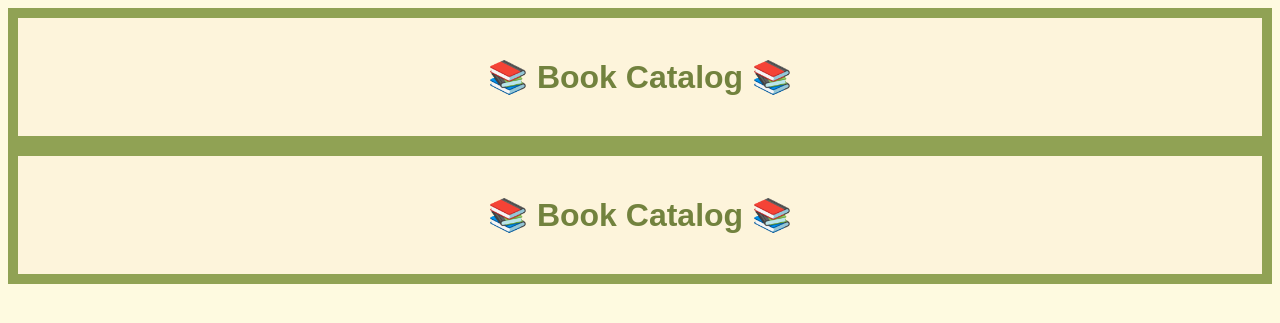
Repository: kaitlynlew/Book-Catalog
Page: /
These files come from the project's save history. The page is drawn as it stood at one moment and after the next save; the edit follows.
The browser window is 1280 px wide. The pictures show the whole page.
The project was rebuilt for these pictures with package versions that can differ from the ones it lists, and the page was loaded fresh each time. Also part of the build but not shown: vite.config.js.

Above is the page before, as saved 2025-09-14 00:23:07.

After the next save:
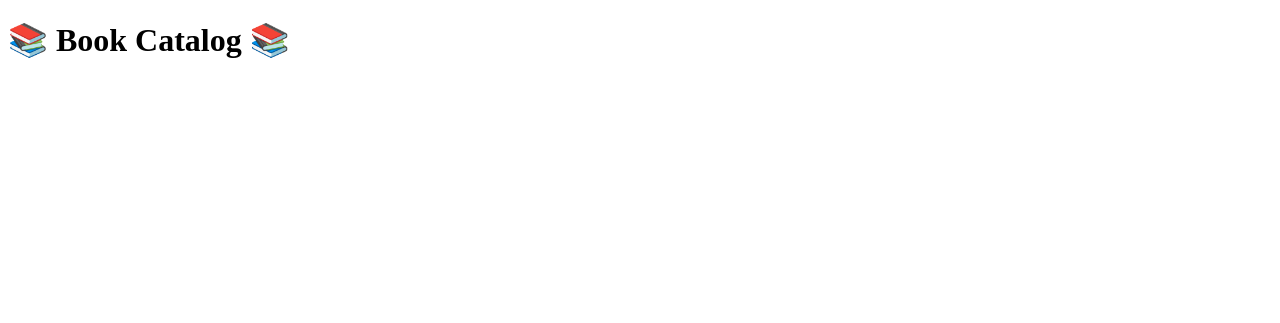
Console error: ReferenceError: App is not defined
Saved 54 s later.
--- a/src/App.jsx
+++ b/src/App.jsx
@@ -1,5 +1,3 @@
-function App() {
-  return <h1>📚 Book Catalog 📚</h1>;
-}
+
 
 export default App;
